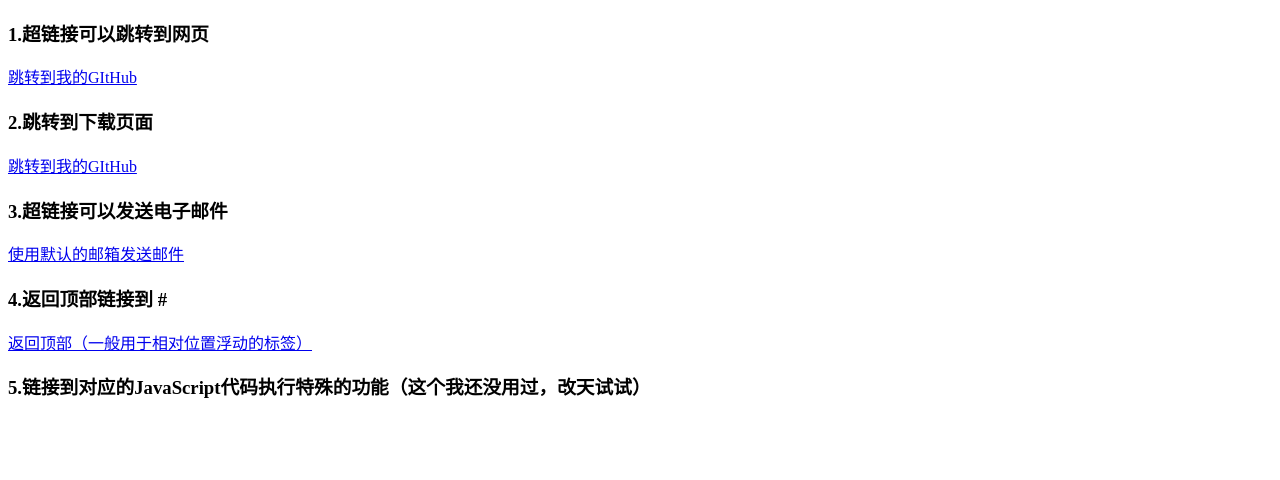
Repository: jarvanstack/vscode
Page: HTML/HTML超链接有哪些.html
The author's editor kept a copy of each file at every save. The page is drawn from the files as they stood at one save, then again after the next save.
The browser window is 1280 px wide. The pictures show the whole page.

Above is the page before, as saved 2020-06-11 09:32:04.

### HTML/HTML超链接有哪些.html
<!DOCTYPE html>
<html lang="en">
<head>
    <meta charset="UTF-8">
    <meta name="viewport" content="width=device-width, initial-scale=1.0">
    <title>HTML超链接有哪些</title>
</head>
<body>
    <h3>1.超链接可以跳转到网页</h3>
    <a href="https://github.com/dengjiawen8955">跳转到我的GItHub</a>
    <h3>2.跳转到下载页面</h3>
    <a href="XXX.mp3">跳转到我的GItHub</a>
    <h3>3.超链接可以发送电子邮件</h3>
    <a href="jarvanDeng@163.com">使用默认的邮箱发送邮件</a>
    <h3>4.返回顶部链接到 # </h3>
    <a href="#">返回顶部（一般用于相对位置浮动的标签）</a>
    <h3>5.链接到对应的JavaScript代码执行特殊的功能（这个我还没用过，改天试试）</h3>
    <a href="javascript:"></a>
</body>
</html>

After the next save:
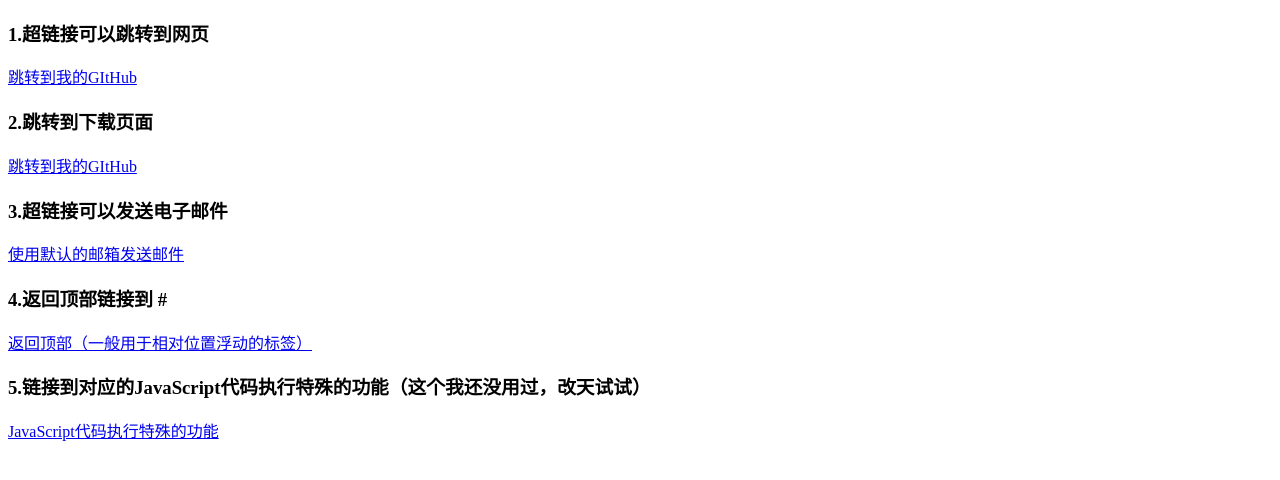
Saved 16 s later.
--- a/HTML/HTML超链接有哪些.html
+++ b/HTML/HTML超链接有哪些.html
@@ -15,6 +15,6 @@
     <h3>4.返回顶部链接到 # </h3>
     <a href="#">返回顶部（一般用于相对位置浮动的标签）</a>
     <h3>5.链接到对应的JavaScript代码执行特殊的功能（这个我还没用过，改天试试）</h3>
-    <a href="javascript:"></a>
+    <a href="javascript:....">JavaScript代码执行特殊的功能</a>
 </body>
 </html>
